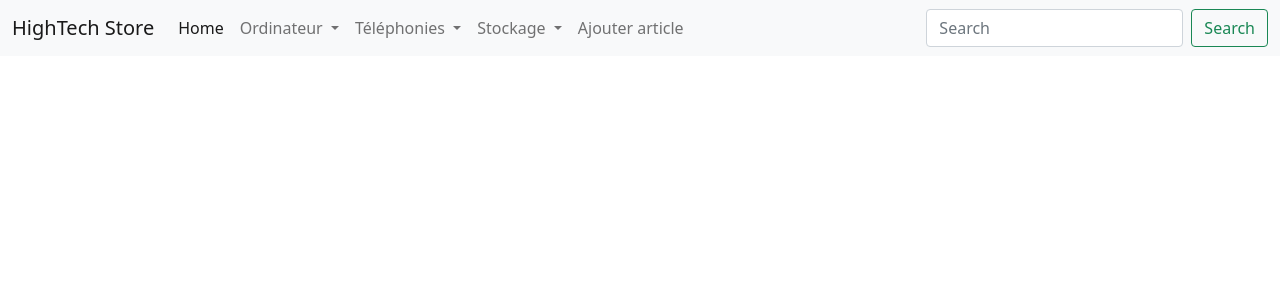
Repository: HaPhuong-krys/M1-angular
Page: /PcPortable
The author's editor kept a copy of each file at every save. The page is drawn from the files as they stood at one save, then again after the next save.
The browser window is 1280 px wide. The pictures show the whole page.
The page's requests for data from a server got no answer. The project was rebuilt for these pictures with package versions that can differ from the ones it lists, and the page was loaded fresh each time. No one was signed in, and anything a server would have sent is missing. Also part of the build but not shown: angular.json, src/app/connexion/connexion.component.ts, src/app/connexion/auth.service.ts, src/app/home/home.component.ts, src/app/pc-bureau/pc-bureau.component.ts, src/app/ajouter-article-form/ajouter-article-form.component.ts, src/app/Model/Articles.ts, src/app/accessoire-ordi/accessoire-ordi.component.ts and 11 more.

Above is the page before, as saved 2023-04-23 00:01:11.

After the next save:
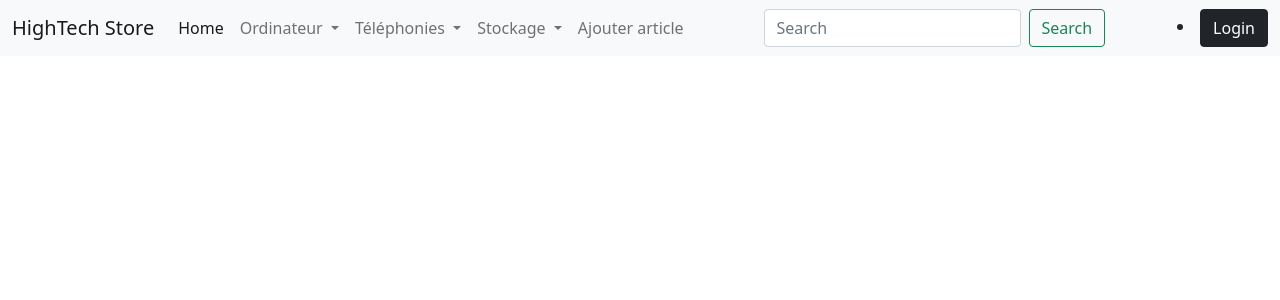
Saved 5 s later.
--- a/src/app/navbar/navbar.component.html
+++ b/src/app/navbar/navbar.component.html
@@ -55,6 +55,12 @@
           <input class="form-control me-2" type="search" placeholder="Search" aria-label="Search">
           <button class="btn btn-outline-success" type="submit">Search</button>
         </form>
+        <div class="ms-auto"> <!-- Ajoutez cette ligne pour Bootstrap 5 -->
+        <!-- <div class="ml-auto"> --><!-- Utilisez cette ligne pour Bootstrap 4 -->
+          <li class="nav-item">
+            <a href="/Connexion" class="btn btn-dark" role="button">Login</a>
+          </li>
+        </div>
       </div>
     </div>
   </nav>

After the 2 saves that followed:
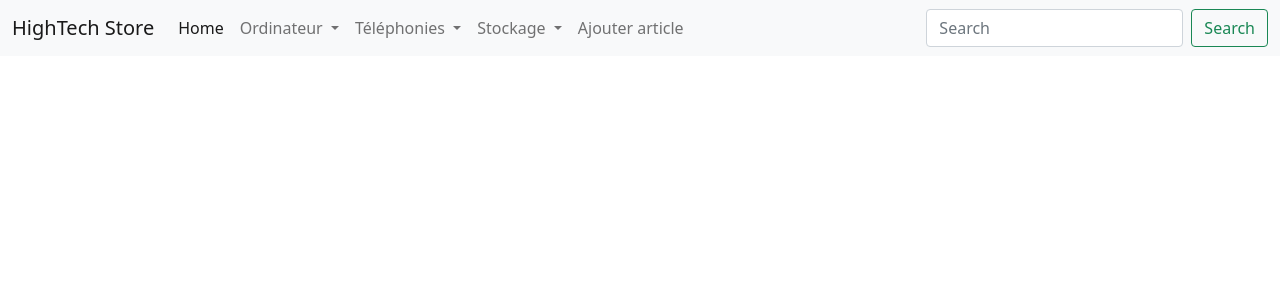
The 2 saves are shown as one change because 1 left the picture as it was.
The last was saved 25 s later.
--- a/src/app/navbar/navbar.component.html
+++ b/src/app/navbar/navbar.component.html
@@ -55,12 +55,7 @@
           <input class="form-control me-2" type="search" placeholder="Search" aria-label="Search">
           <button class="btn btn-outline-success" type="submit">Search</button>
         </form>
-        <div class="ms-auto"> <!-- Ajoutez cette ligne pour Bootstrap 5 -->
-        <!-- <div class="ml-auto"> --><!-- Utilisez cette ligne pour Bootstrap 4 -->
-          <li class="nav-item">
-            <a href="/Connexion" class="btn btn-dark" role="button">Login</a>
-          </li>
-        </div>
+
       </div>
     </div>
   </nav>
